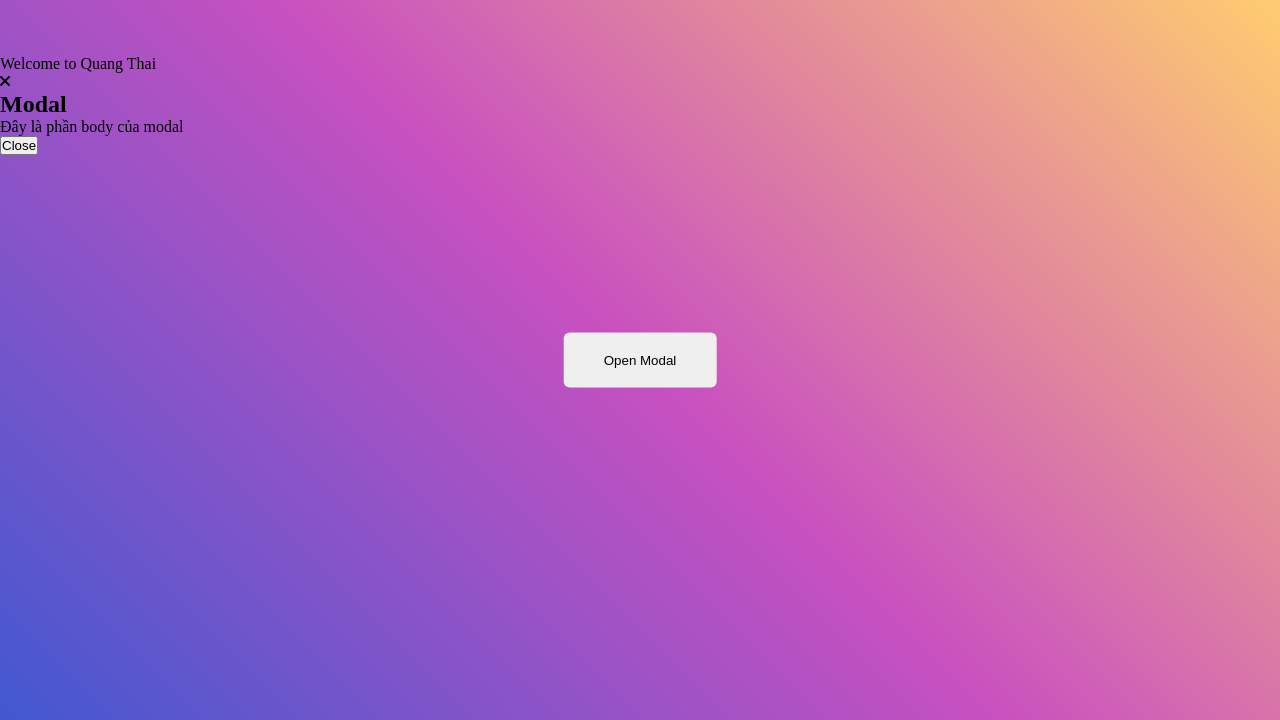
Repository: QUANGTHAI2003/modal
Page: index.html
The author's editor kept a copy of each file at every save. The page is drawn from the files as they stood at one save, then again after the next save.
The browser window is 1280 px wide. The pictures show the whole page.

Above is the page before, as saved 2022-02-28 21:35:11.

After the next save:
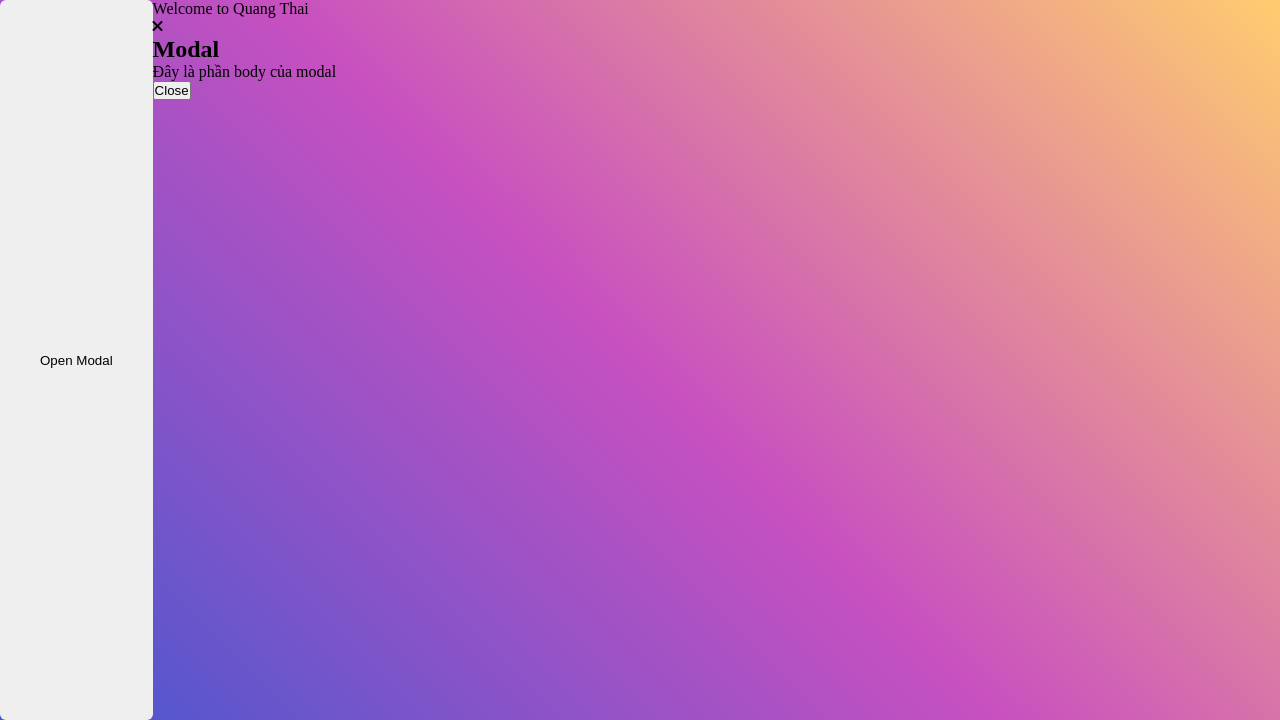
Saved 20 s later.
--- a/style.css
+++ b/style.css
@@ -13,6 +13,7 @@ body {
         rgb(200, 80, 192) 50%,
         rgb(255, 204, 112) 100%
     );
+    display: flex;
 }
 
 .open-modal-btn {
@@ -21,8 +22,4 @@ body {
     outline: none;
     border-radius: 6px;
     display: inline-block;
-    position: relative;
-    top: 50%;
-    left: 50%;
-    transform: translate(-50%, -50%);
 }
